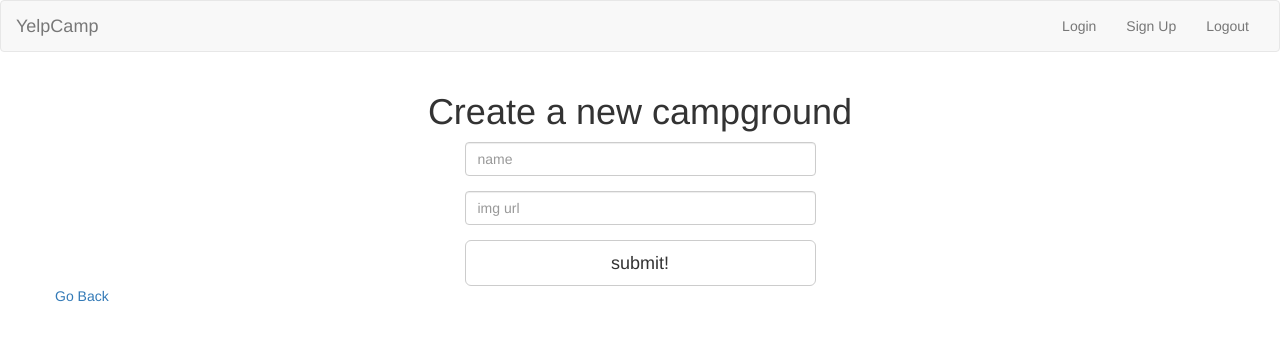
Repository: 19ycy91/myexercise
Page: http://localhost/campgrounds/new
The author's editor kept a record of every edit. The page is drawn from the files as they stood at one moment, then again after the next edit.
The browser window is 1280 px wide. The pictures show the whole page.
The page is served by the project's Node server (YelpCamp/v1/app.js).

Above is the page before.

### 6_Projects_UsingBackEndandRESTfulRoutes/workspace/YelpCamp/v1/views/new.ejs
<% include partials/header %>

<div class="container">
    <div class="row">


        <h1 style="text-align:center">Create a new campground</h1>
        <div style="width: 30%; margin: 0 auto;">


        <form action="/campgrounds" method="POST">
            <div class="form-group">
                <input class="form-control" type = text placeholder="name" name="name">
            </div>
            <div class="form-group">
            <input class="form-control" type = text placeholder = "img url" name = "image">
            </div>
            <button class="btn btn-lg btn-default btn-block"> submit! </button>
        </form>
        </div>

        <a href="/campgrounds">Go Back</a>
</div>
</div>
<% include partials/footer %>

### 6_Projects_UsingBackEndandRESTfulRoutes/workspace/YelpCamp/v1/views/partials/header.ejs
<!DOCTYPE html>
<html>
    <head>
        <title> YelpCamp</title>
        <link rel="stylesheet" href="//maxcdn.bootstrapcdn.com/bootstrap/3.3.7/css/bootstrap.min.css" integrity="sha384-BVYiiSIFeK1dGmJRAkycuHAHRg32OmUcww7on3RYdg4Va+PmSTsz/K68vbdEjh4u" crossorigin="anonymous">

    </head>
    <body>

    <nav class="navbar navbar-default">
        <div class="container-fluid">
            <div class="navbar-header">
                <a class="navbar-brand" href="/">YelpCamp</a>
            </div>
            <div class="collapse navbar-collapse">
                <ul class="nav navbar-nav navbar-right">
                    <li><a href="/">Login</a></li>
                    <li><a href="/">Sign Up</a></li>
                    <li><a href="/">Logout</a></li>
                </ul>
            </div>
        </div>
    </nav>

### 6_Projects_UsingBackEndandRESTfulRoutes/workspace/YelpCamp/v1/views/partials/footer.ejs
    <!--<p> trade markkkkkk</p>-->
    </body>


</html>

### 6_Projects_UsingBackEndandRESTfulRoutes/workspace/YelpCamp/v1/app.js
var express = require("express");
var app = express();


// this are for POST routes
var bodyParser = require("body-parser");
app.use(bodyParser.urlencoded({extended:true}));

app.set("view engine", "ejs");
app.get("/", function(req,res){
    res.render("landing");
});


var campgrounds = [
            {name: "Salmon Creek", image:"https://pixabay.com/get/e834b5062cf4033ed1584d05fb1d4e97e07ee3d21cac104491f0c578a2e8b3bb_340.jpg"},
            {name:"Granite Hill", image:"https://pixabay.com/get/e83db40e28fd033ed1584d05fb1d4e97e07ee3d21cac104491f0c578a2e8b3bb_340.jpg"},
            {name: "Mountain Goat's Rest", image:"https://pixabay.com/get/e83db50a2ff5083ed1584d05fb1d4e97e07ee3d21cac104491f0c578a2e8b3bb_340.jpg"},
                        {name: "Salmon Creek", image:"https://pixabay.com/get/e834b5062cf4033ed1584d05fb1d4e97e07ee3d21cac104491f0c578a2e8b3bb_340.jpg"},
            {name:"Granite Hill", image:"https://pixabay.com/get/e83db40e28fd033ed1584d05fb1d4e97e07ee3d21cac104491f0c578a2e8b3bb_340.jpg"},
            {name: "Mountain Goat's Rest", image:"https://pixabay.com/get/e83db50a2ff5083ed1584d05fb1d4e97e07ee3d21cac104491f0c578a2e8b3bb_340.jpg"},
                        {name: "Salmon Creek", image:"https://pixabay.com/get/e834b5062cf4033ed1584d05fb1d4e97e07ee3d21cac104491f0c578a2e8b3bb_340.jpg"},
            {name:"Granite Hill", image:"https://pixabay.com/get/e83db40e28fd033ed1584d05fb1d4e97e07ee3d21cac104491f0c578a2e8b3bb_340.jpg"},
            {name: "Mountain Goat's Rest", image:"https://pixabay.com/get/e83db50a2ff5083ed1584d05fb1d4e97e07ee3d21cac104491f0c578a2e8b3bb_340.jpg"}
        ];




app.get('/campgrounds', function(req,res){

    res.render("campgrounds", {campgrounds:campgrounds});


});

app.post("/campgrounds", function(req,res){
    var name = req.body.name;
    var img = req.body.image;
    campgrounds.push({name:name, image: img});
    res.redirect('/campgrounds');  //why can't i use render?
    // get data from form and add to camground array
    // rediret back to camground oage

});

app.get("/campgrounds/new", function(req,res){
    res.render("new.ejs");
});

app.listen(process.env.PORT, process.env.IP, function(){
    console.log("The YelpCamp server has started");
});

After the next edit:
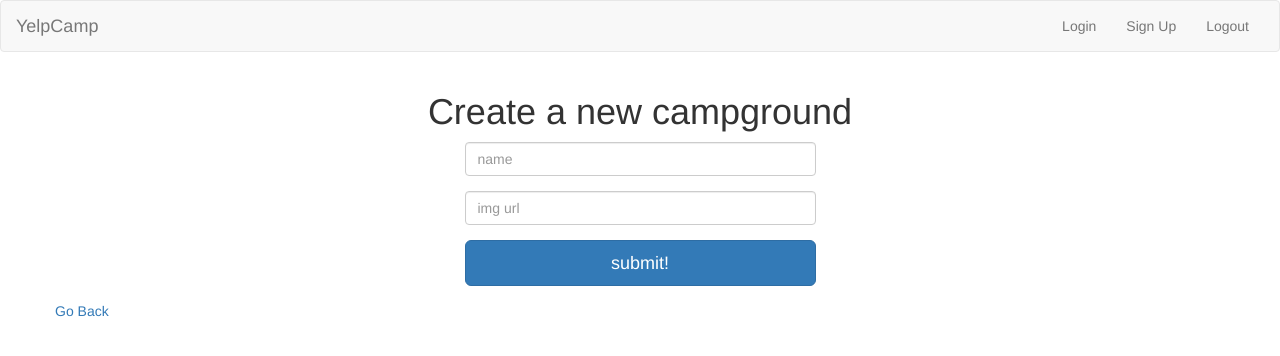
The edit:
--- a/6_Projects_UsingBackEndandRESTfulRoutes/workspace/YelpCamp/v1/views/new.ejs
+++ b/6_Projects_UsingBackEndandRESTfulRoutes/workspace/YelpCamp/v1/views/new.ejs
@@ -13,9 +13,11 @@
                 <input class="form-control" type = text placeholder="name" name="name">
             </div>
             <div class="form-group">
-            <input class="form-control" type = text placeholder = "img url" name = "image">
+                <input class="form-control" type = text placeholder = "img url" name = "image">
             </div>
-            <button class="btn btn-lg btn-default btn-block"> submit! </button>
+            <div class="form-group">
+                <button class="btn btn-lg btn-primary btn-block"> submit! </button>
+            </div>
         </form>
         </div>
 
